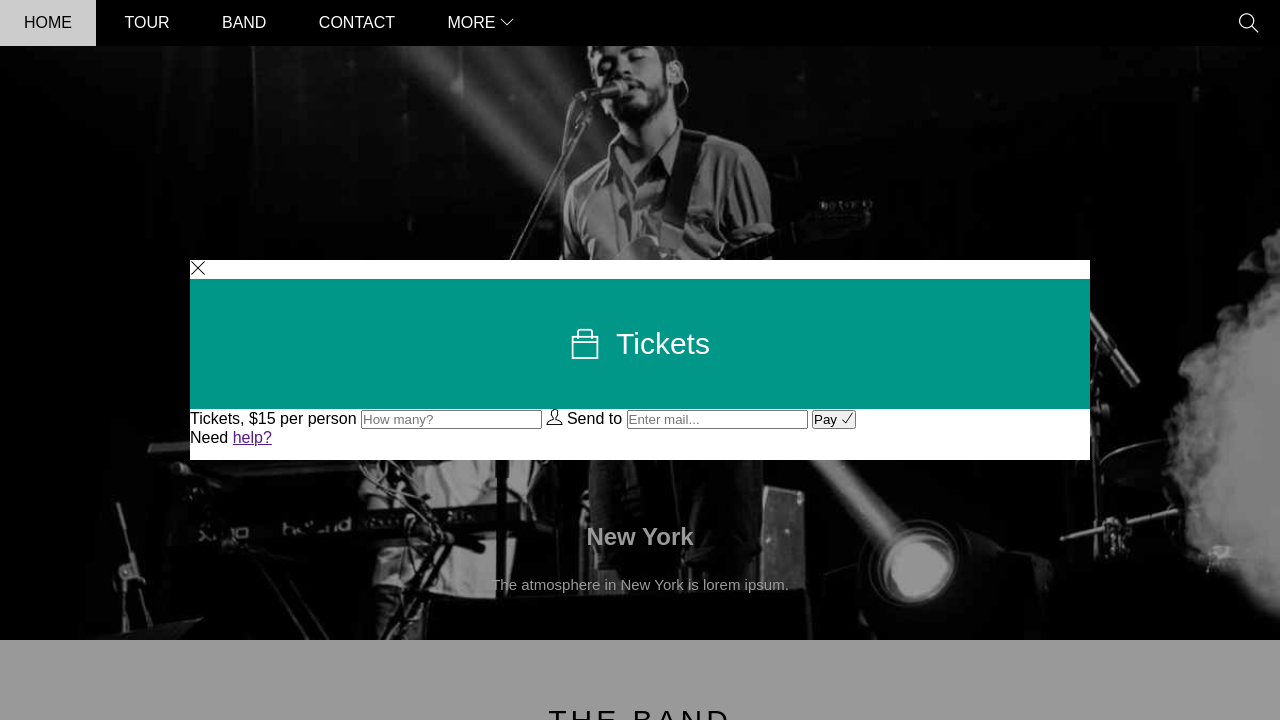
Repository: maivannhan1998/git-w3band
Page: index.html
An editor plug-in stored every save of this project. The page is shown before and after the next save, followed by the edit.
The browser window is 1280 px wide. The pictures show the window.
A layer covers the whole window, so only the first screen is drawn.

Above is the page before, as saved 2021-09-06 19:37:56.

After the next save:
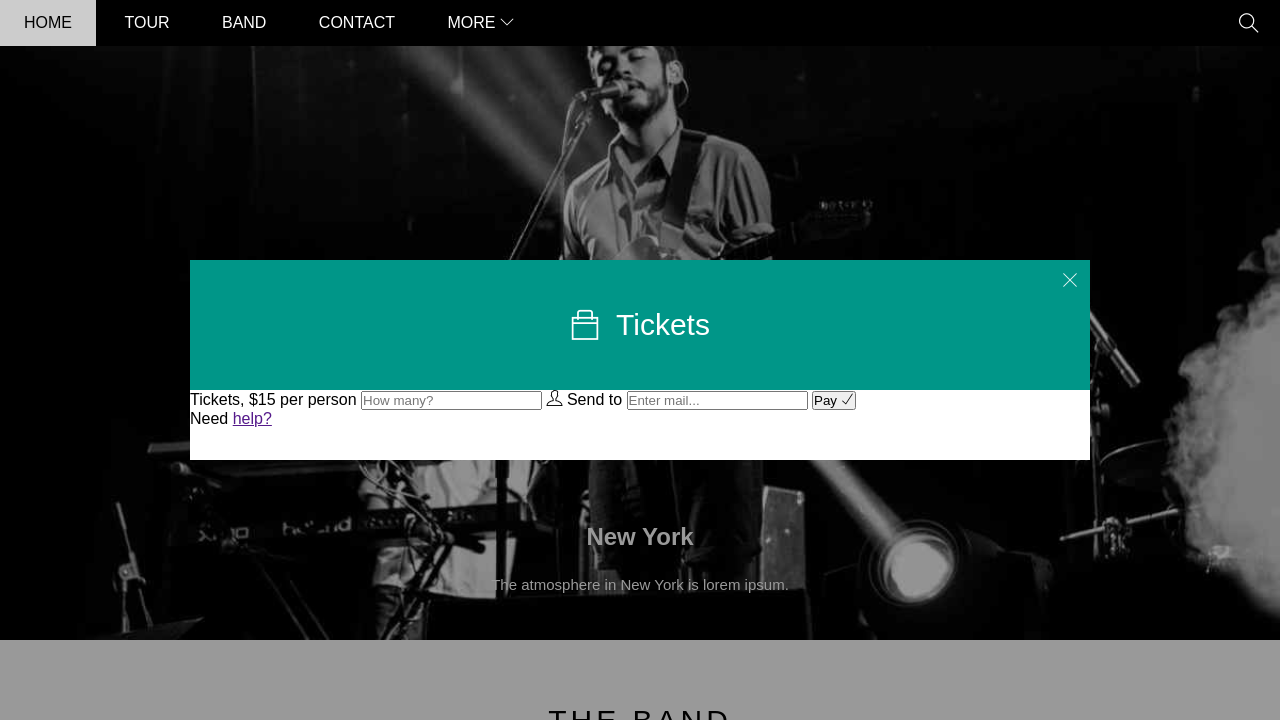
Saved 54 s later.
--- a/asset/css/style.css
+++ b/asset/css/style.css
@@ -417,3 +417,13 @@
 .modal-tibag-icon {
     margin-right: 16px;
 }
+
+.modal-close {
+    position: absolute;
+    right: 0;
+    top: 0;
+    padding: 12px;
+    color: #fff;
+    cursor: pointer;
+    opacity: 0.9;
+}

After the save that followed:
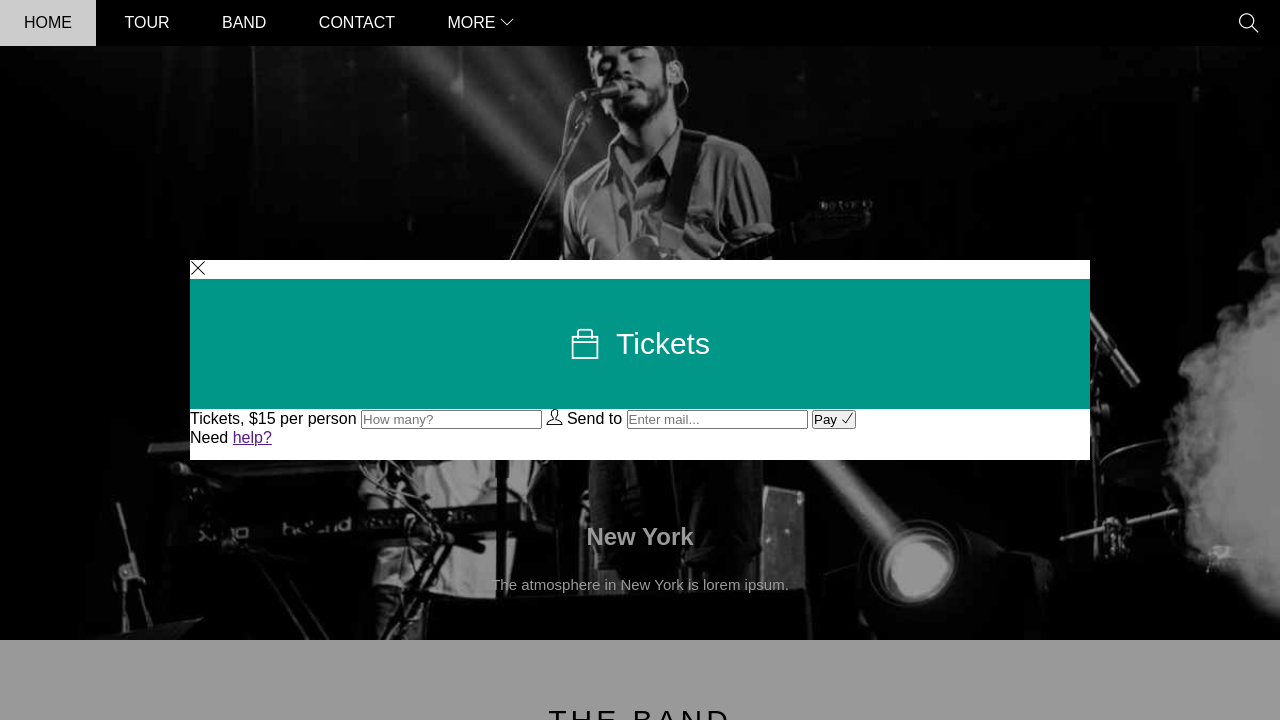
Saved 35 s later.
--- a/asset/css/style.css
+++ b/asset/css/style.css
@@ -419,11 +419,5 @@
 }
 
 .modal-close {
-    position: absolute;
-    right: 0;
-    top: 0;
-    padding: 12px;
-    color: #fff;
-    cursor: pointer;
-    opacity: 0.9;
-}
+
+}
